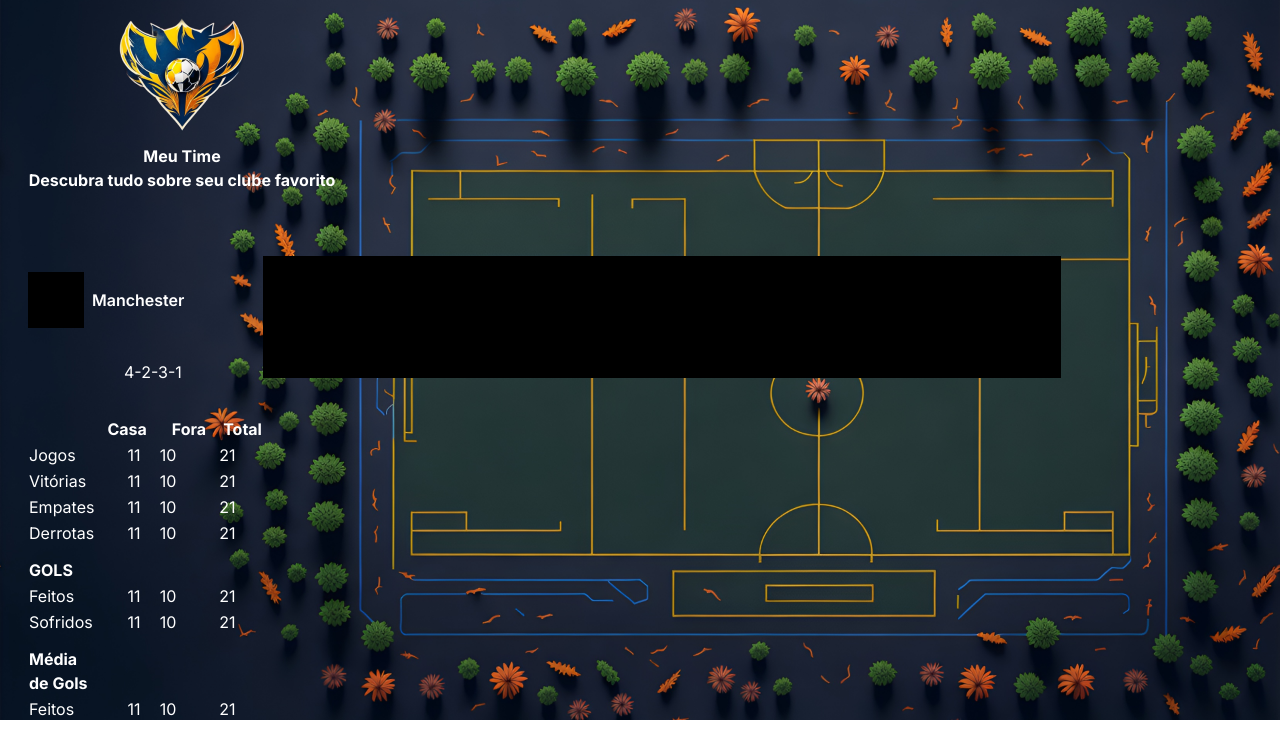
Repository: LuizAGDomingues/MeuTimeApp
Page: /statistics
An editor plug-in stored every save of this project. The page is shown before and after the next save, followed by the edit.
The browser window is 1280 px wide. The pictures show the whole page.
The project was rebuilt for these pictures with package versions that can differ from the ones it lists, and the page was loaded fresh each time. The framework's server and built-in components were replaced by stand-ins that run in the browser. Also part of the build but not shown: next.config.js.

Above is the page before, as saved 2023-05-26 14:24:56.

After the next save:
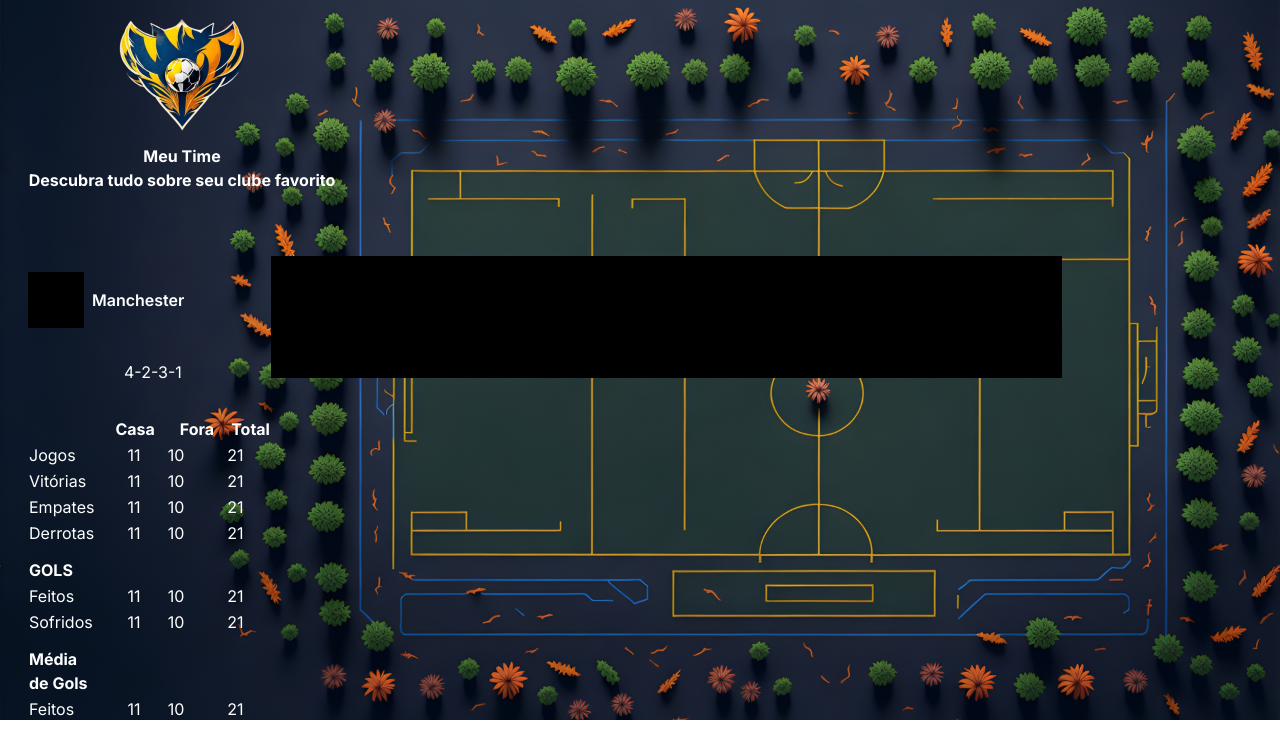
Saved 9 s later.
--- a/src/app/statistics/page.tsx
+++ b/src/app/statistics/page.tsx
@@ -64,7 +64,7 @@ function page() {
             <thead>
               <tr>
                 <th></th>
-                <th className="text-center pl-3">Casa</th>
+                <th className="text-center pl-5">Casa</th>
                 <th className="text-center pl-6">Fora</th>
                 <th className="text-center pl-4">Total</th>
               </tr>
